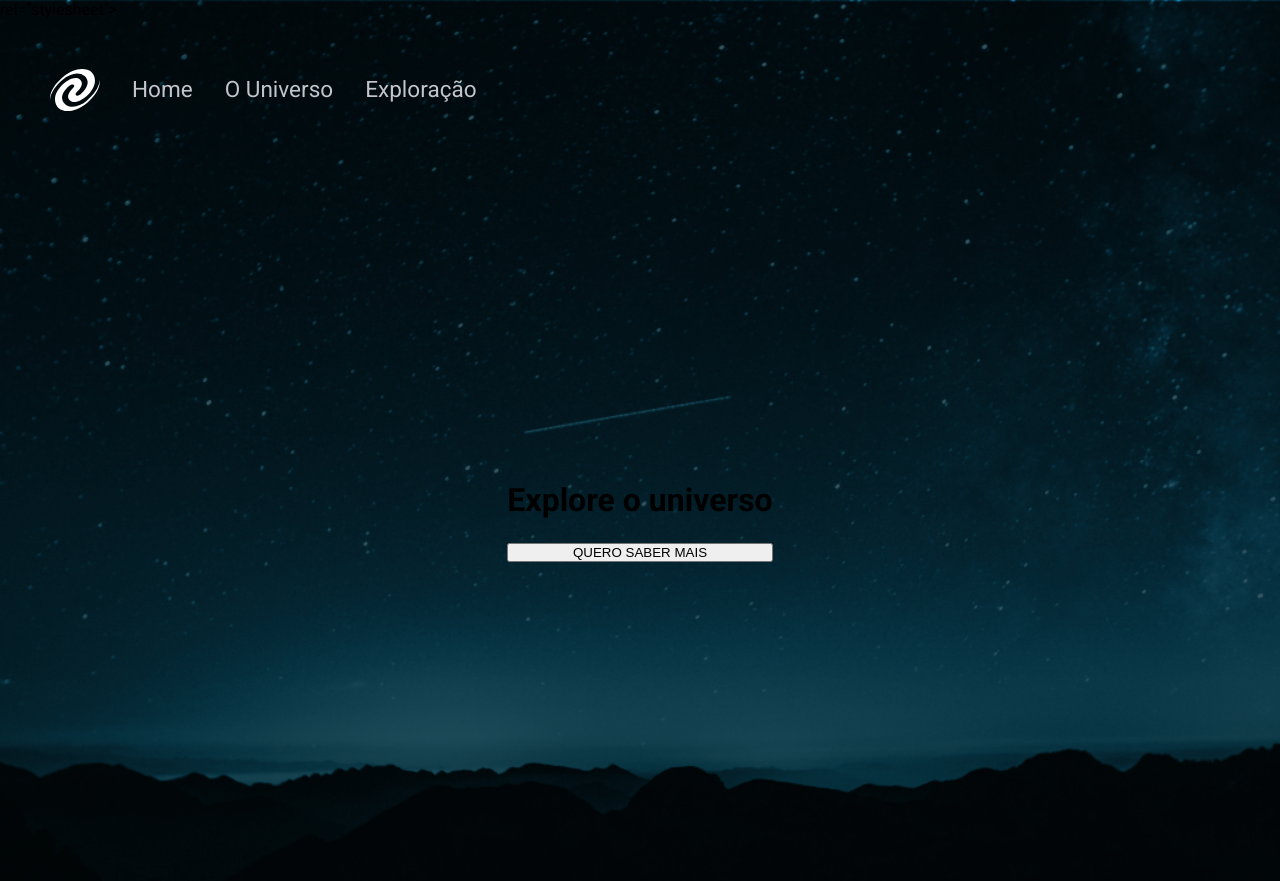
Repository: eltonneiferson/spaUniverse
Page: index.html
These files come from the project's save history. The page is drawn as it stood at one moment and after a run of saves; the edit follows.
The browser window is 1280 px wide. The pictures show the whole page.

Above is the page before, as saved 2022-10-26 22:21:53.

### index.html
<!DOCTYPE html>
<html lang="pt-br">

<head>
    <meta charset="UTF-8" />
    <meta http-equiv="X-UA-Compatible" content="IE=edge" />
    <meta name="viewport" content="width=device-width, initial-scale=1.0" />
    <meta name="author" content="Elton Neiferson" />
    <title>Universe</title>

    <link rel="stylesheet" href="stylle.css">
    <link rel="preconnect" href="https://fonts.googleapis.com">
    <link rel="preconnect" href="https://fonts.gstatic.com" crossorigin>
    <link href="https://fonts.googleapis.com/css2?family=Roboto:wght@400;700&display=swap" rel="stylesheet">rel="stylesheet">
</head>

<body>
    <nav>
        <svg width="50" height="42" viewBox="0 0 50 42" fill="none" xmlns="http://www.w3.org/2000/svg">
            <path d="M31.5423 0.00979035C26.1727 0.174742 19.3604 2.47181 12.1375 8.73785C-2.6197 21.4919 0.219149 31.6427 0.219149 31.6427C0.219149 31.6427 -1.31407 22.7633 12.6765 10.655C19.9593 4.35869 28.9789 2.29019 34.5368 6.97206C39.5198 11.1696 38.7771 18.2731 30.3445 25.5381C27.0864 28.1212 23.6007 25.8307 27.0504 22.7633C27.4347 22.4396 27.7717 22.1194 28.0686 21.8047C31.2762 18.6232 33.7461 13.7222 29.9252 10.5036C25.3256 6.46755 17.5038 11.1696 14.054 14.237C3.12987 23.7622 2.8903 33.9231 9.02317 39.4122C13.2395 42.964 24.7506 44.3867 37.5913 33.4085C52.3485 20.6544 49.5097 10.5036 49.5097 10.5036C49.5097 10.5036 51.0429 19.3831 37.0523 31.4914C29.7695 37.7877 20.7499 39.9066 15.192 35.2248C10.209 31.0272 10.9517 23.9237 19.3844 16.6587C22.8341 13.9142 26.3078 16.1643 22.858 19.2317C22.4738 19.5554 22.1368 19.8756 21.8399 20.1903C18.6323 23.3718 16.1624 28.2728 19.9833 31.4914C24.5829 35.5275 32.2131 30.664 35.8545 27.758C46.9703 18.2328 47.0182 8.0719 40.8853 2.5828C39.0407 1.02891 35.7186 -0.118506 31.5423 0.00979035Z" fill="white" />
        </svg>
        <a href="/">Home</a>
        <a href="/universe.html">O Universo</a>
        <a href="/exploration.html">Exploração</a>
    </nav>
    <main>
        <h1>Explore o universo</h1>
        <button>QUERO SABER MAIS</button>
    </main>
</body>

</html>

### stylle.css
* {
    margin: 0;
    padding: 0;
    box-sizing: border-box;
    text-decoration: none;
}

:root {
    --default-font-color: white;
    --font-color-link: #C4C4CC;
    --default-font: 'Roboto', sans-serif;
}

body {
    min-height: 100vh;
    background-image: url(bkg1.png);
    background-position: bottom;
    background-size: cover;
    color: var(--font-color);
    font-family: var(--default-font);
}

nav {
    padding: 50px;
    display: flex;
    gap: 2rem;
    align-items: center;
}

nav a {
    color: var(--font-color-link);
    line-height: 1.37rem;
    font-size: 1.41rem;
}

nav a:hover {
    color: var(--default-font-color);
    font-weight: bold;
}

main {
    min-height: 100vh;
    display: grid;
    place-content: center;
    gap: 24px;
}

After the next 7 saves:
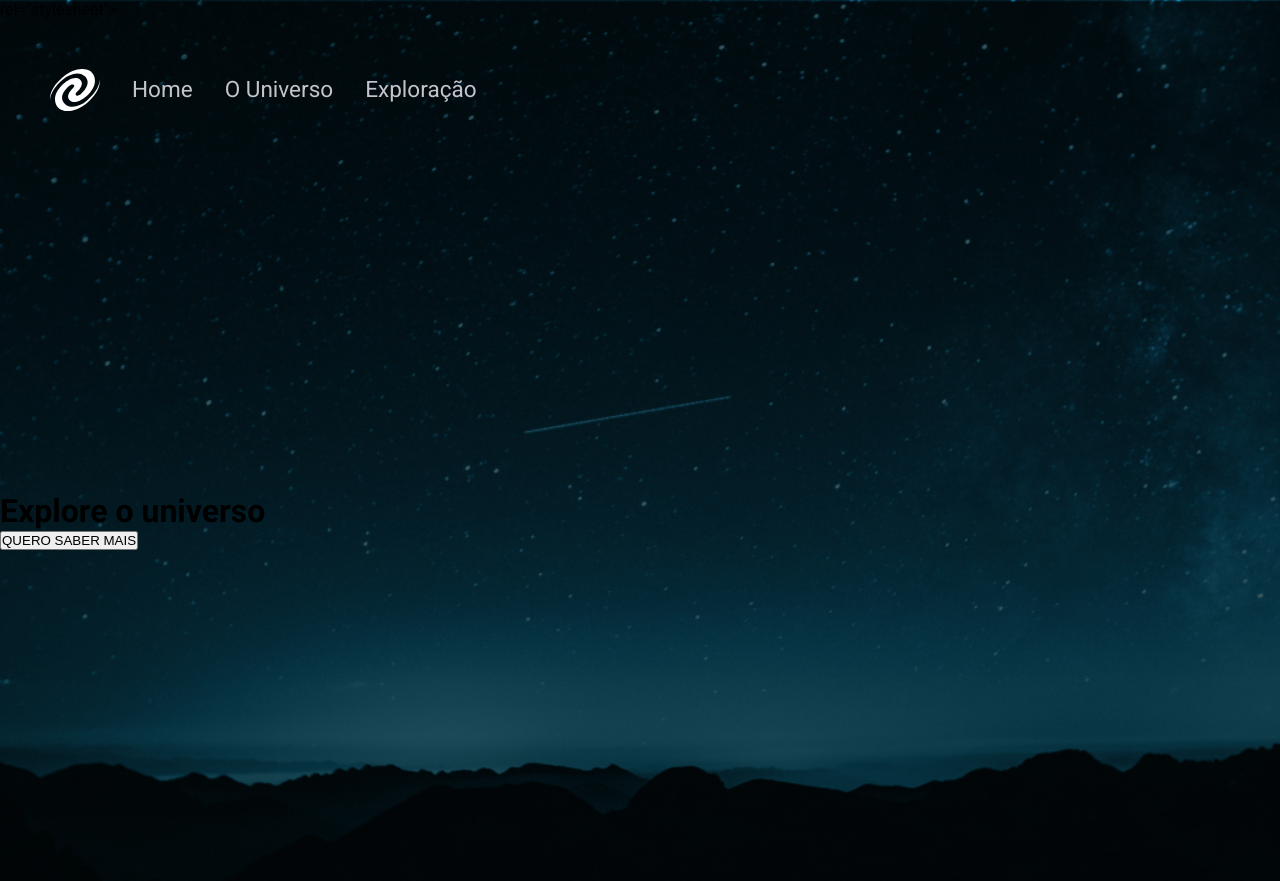
The 7 saves are shown as one change because they came seconds apart.
The last was saved 56 s later.
--- a/stylle.css
+++ b/stylle.css
@@ -18,6 +18,9 @@ body {
     background-size: cover;
     color: var(--font-color);
     font-family: var(--default-font);
+
+
+    display: grid;
 }
 
 nav {
@@ -40,7 +43,7 @@ nav a:hover {
 
 main {
     min-height: 100vh;
-    display: grid;
+
     place-content: center;
     gap: 24px;
 }
